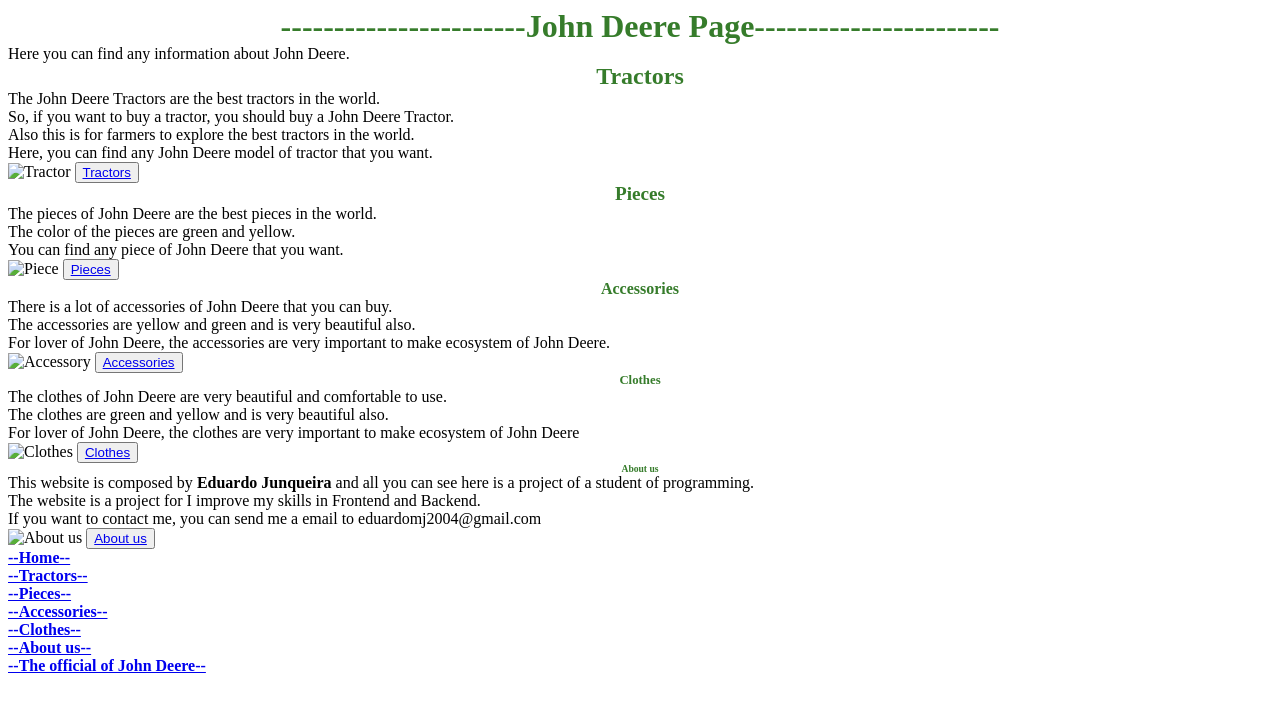
Repository: EduardoJunqueira2004/WEBJohnDeere
Page: HTML/index.html
An editor plug-in stored every save of this project. The page is shown before and after the next save, followed by the edit.
The browser window is 1280 px wide. The pictures show the whole page.

Above is the page before, as saved 2024-12-07 15:50:50.

### HTML/index.html
<!DOCTYPE html>
<!-- HTML5 default-->
<!--Language always in English-->
<html lang="en">
<head>
    <meta charset="UTF-8">
    <meta name="viewport" content="width=device-width, initial-scale=1.0">
    <!--Home Page of the WebSite-->
    <title>Index.html</title>
    <!--CSS file for styling the webpage -->
    <link rel="stylesheet" href="/CSS/index.css">
</head>
<body>
<main>
<section>
    <!--header1 titulo-->
    <h1>-----------------------<strong>John Deere Page</strong>-----------------------</h1>
    <p>
        Here you can find any information about John Deere.
    </p>
    <!--header2 subtitulo-->
</section>
<section>
    <h2><strong>Tractors</strong></h2>
    <p>
        The John Deere Tractors are the best tractors in the world.<br>
        So, if you want to buy a tractor, you should buy a John Deere Tractor.<br>
        Also this is for farmers to explore the best tractors in the world.<br>
        Here, you can find any John Deere  model of tractor that you want.
    </p>
    <img src="" alt="Tractor" width="50" height="50" >
    <button><a href="./tractors.html">Tractors</a></button>
</section>
<section>
    <!--header3 subtitulo-->
    <h3><strong>Pieces</strong></h3>
    <p>
        The pieces of John Deere are the best pieces in the world.<br>
        The color of the pieces are green and yellow.<br>
        You can find any piece of John Deere that you want.
    </p>
    <img src="" alt="Piece" width="50" height="50">
    <button><a href="./pieces.html">Pieces</a></button>
</section>
<section>
    <!--header4 subtitulo-->
    <h4><strong>Accessories</strong></h4>
    <p>
        There is a lot of accessories of John Deere that you can buy.<br>
        The accessories are yellow and green and is very beautiful also.<br>
        For lover of John Deere, the accessories are very important to make ecosystem of John Deere.
    </p>
    <img src="" alt="Accessory" width="50" height="50">
    <button><a href="./accessories.html">Accessories</a></button>
</section>
<section>
    <!--header5 subtitulo-->
    <h5><strong>Clothes</strong></h5>
    <p>
        The clothes of John Deere are very beautiful and comfortable to use.<br>
        The clothes are green and yellow and is very beautiful also.<br>
        For lover of John Deere, the clothes are very important to make ecosystem of John Deere
    </p>
    <img src="" alt="Clothes" width="50" height="50">
    <button><a href="./clothes.html">Clothes</a></button>
</section>
<section>
    <!--header6 subtitulo-->
    <h6><strong>About us</strong></h6>
    <p>
        This website is  composed by <strong>Eduardo Junqueira</strong> and all you can see here is a project of a student of programming.<br>
        The website is a project for I improve my skills in Frontend and Backend.<br>
        If you want to contact me, you can send me a email to eduardomj2004@gmail.com<br>
    </p>
    <img src="" alt="About us" width="50" height="50">
    <button><a href="./aboutus.html">About us</a></button>
</section>
</main>
    <!--Final of the page footer-->
    <footer>
        <div id="block1">
        <a href="./index.html"><strong>--Home--</strong></a>
        </div>
        <div id="block2">
        <a href="./tractors.html"><strong>--Tractors--</strong></a>
        </div>
        <div id="block3">
        <a href="./pieces.html"><strong>--Pieces--</strong></a>
        </div>
        <div id="block4">
        <a href="./accessories.html"><strong>--Accessories--</strong></a>
        </div>
        <div id="block5">
        <a href="./clothes.html"><strong>--Clothes--</strong></a>
        </div>
        <div id="block6">
        <a href="./aboutus.html"><strong>--About us--</strong></a>
        </div>
        <a href="./https://www.deere.com/en/"> <strong>--The official of John Deere--</strong></a>
    </footer>
</body>
</html>

### CSS/index.css
/* This file contains the CSS for the index.html file */
/*John Deere green and yellow */
/*header1*/
h1{
    color: #367C2B;
    font-size: 2em;
    font-weight: bold;
    text-align: center;
    margin-top: 0;
    margin-bottom: 0;
}
/*header2*/
h2{
    color: #367C2B;
    font-size: 1.5em;
    font-weight: bold;
    text-align: center;
    margin-top: 0;
    margin-bottom: 0;
}
/*header3*/
h3{
    color: #367C2B;
    font-size: 1.2em;
    font-weight: bold;
    text-align: center;
    margin-top: 0;
    margin-bottom: 0;
}
/*header4*/
h4{
    color: #367C2B;
    font-size: 1em;
    font-weight: bold;
    text-align: center;
    margin-top: 0;
    margin-bottom: 0;
}
/*header5*/
h5{
    color: #367C2B;
    font-size: 0.8em;
    font-weight: bold;
    text-align: center;
    margin-top: 0;
    margin-bottom: 0;
}
/*header6*/
h6{
    color: #367C2B;
    font-size: 0.6em;
    font-weight: bold;
    text-align: center;
    margin-top: 0;
    margin-bottom: 0;
}
/*paragraph*/
p{
    font-size: 1em;
    font-weight: normal;
    text-align: left;
    margin-top: 0;
    margin-bottom: 0;
}

After the next save:
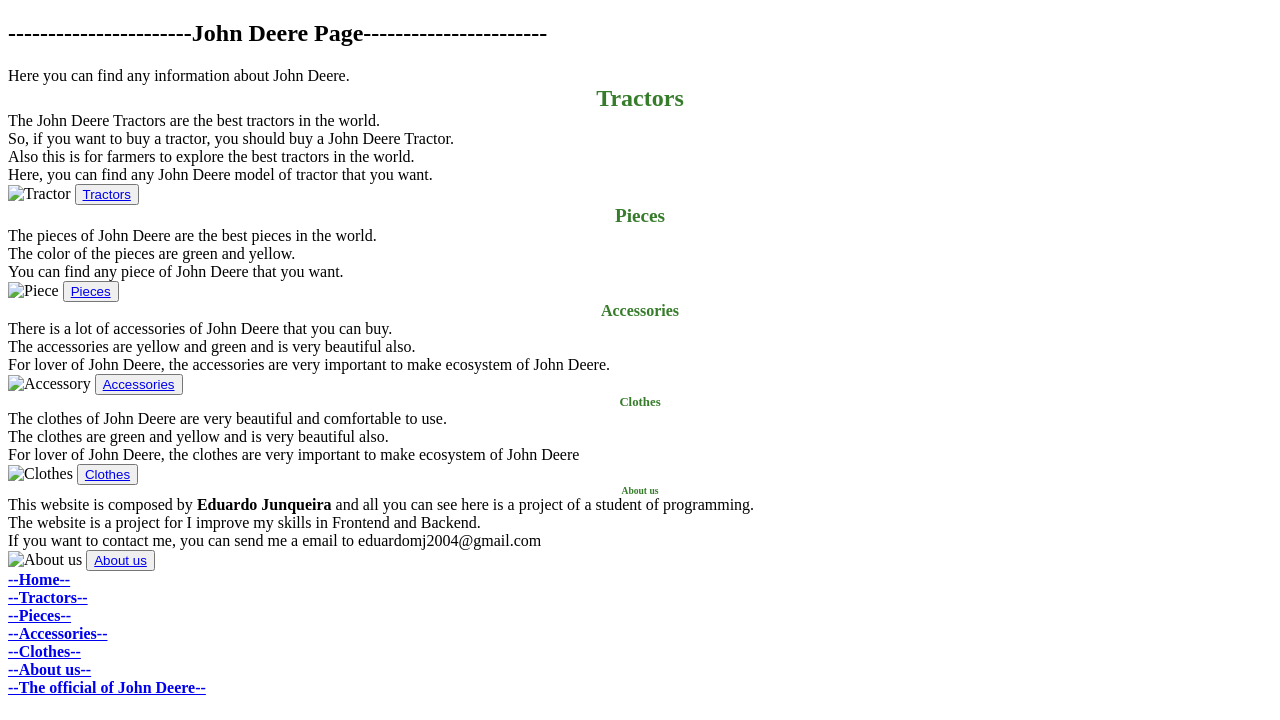
Saved 14 s later.
--- a/CSS/index.css
+++ b/CSS/index.css
@@ -1,14 +1,7 @@
 /* This file contains the CSS for the index.html file */
 /*John Deere green and yellow */
 /*header1*/
-h1{
-    color: #367C2B;
-    font-size: 2em;
-    font-weight: bold;
-    text-align: center;
-    margin-top: 0;
-    margin-bottom: 0;
-}
+
 /*header2*/
 h2{
     color: #367C2B;

After the save that followed:
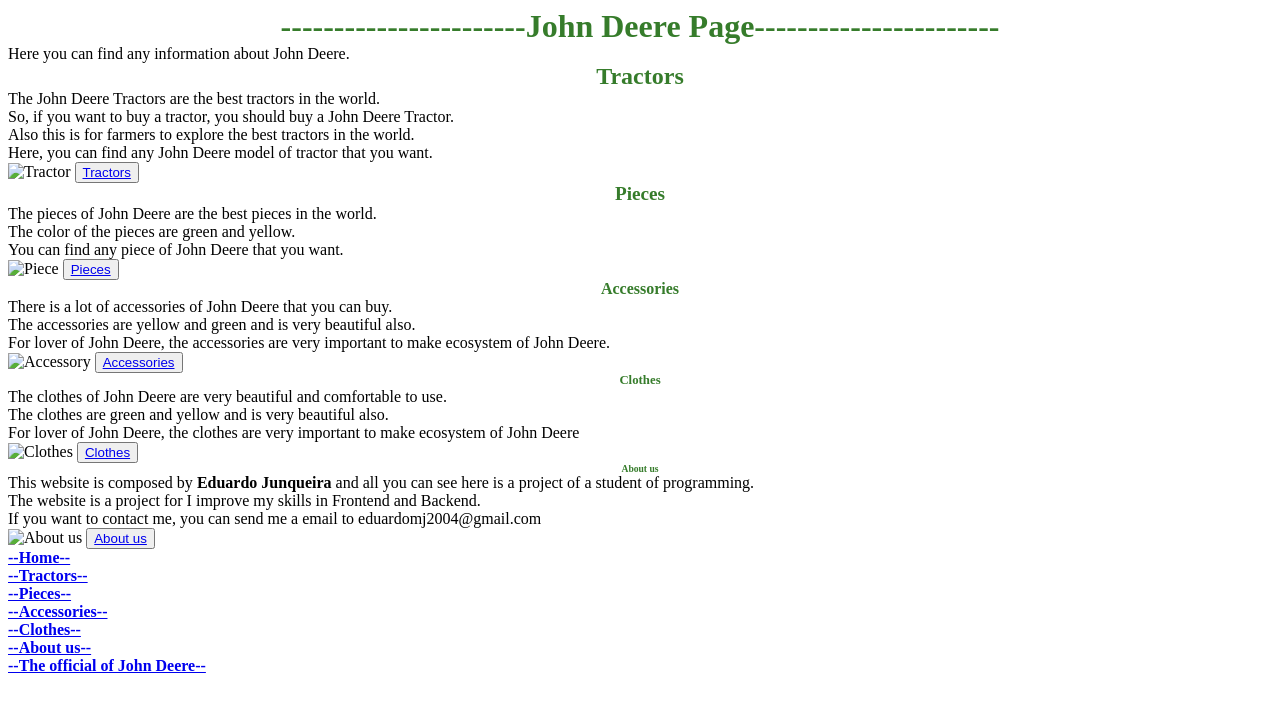
Saved 5 s later.
--- a/CSS/index.css
+++ b/CSS/index.css
@@ -1,7 +1,14 @@
 /* This file contains the CSS for the index.html file */
 /*John Deere green and yellow */
 /*header1*/
-
+h1{
+    color: #367C2B;
+    font-size: 2em;
+    font-weight: bold;
+    text-align: center;
+    margin-top: 0;
+    margin-bottom: 0;
+}
 /*header2*/
 h2{
     color: #367C2B;
